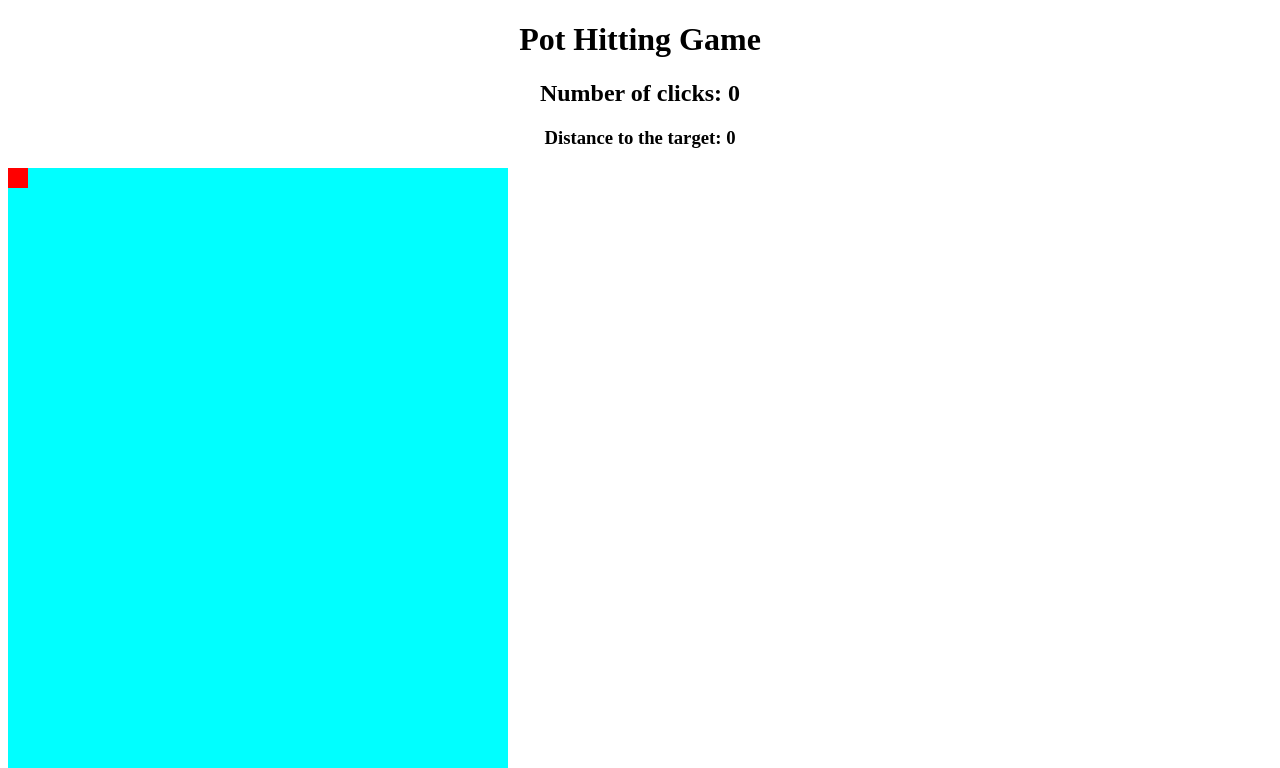
Repository: manojsatya/Web_development
Page: PotHitting_game/index.html
An editor plug-in stored every save of this project. The page is shown before and after the next save, followed by the edit.
The browser window is 1280 px wide. The pictures show the whole page.

Above is the page before, as saved 2019-06-03 15:08:09.

After the next save:
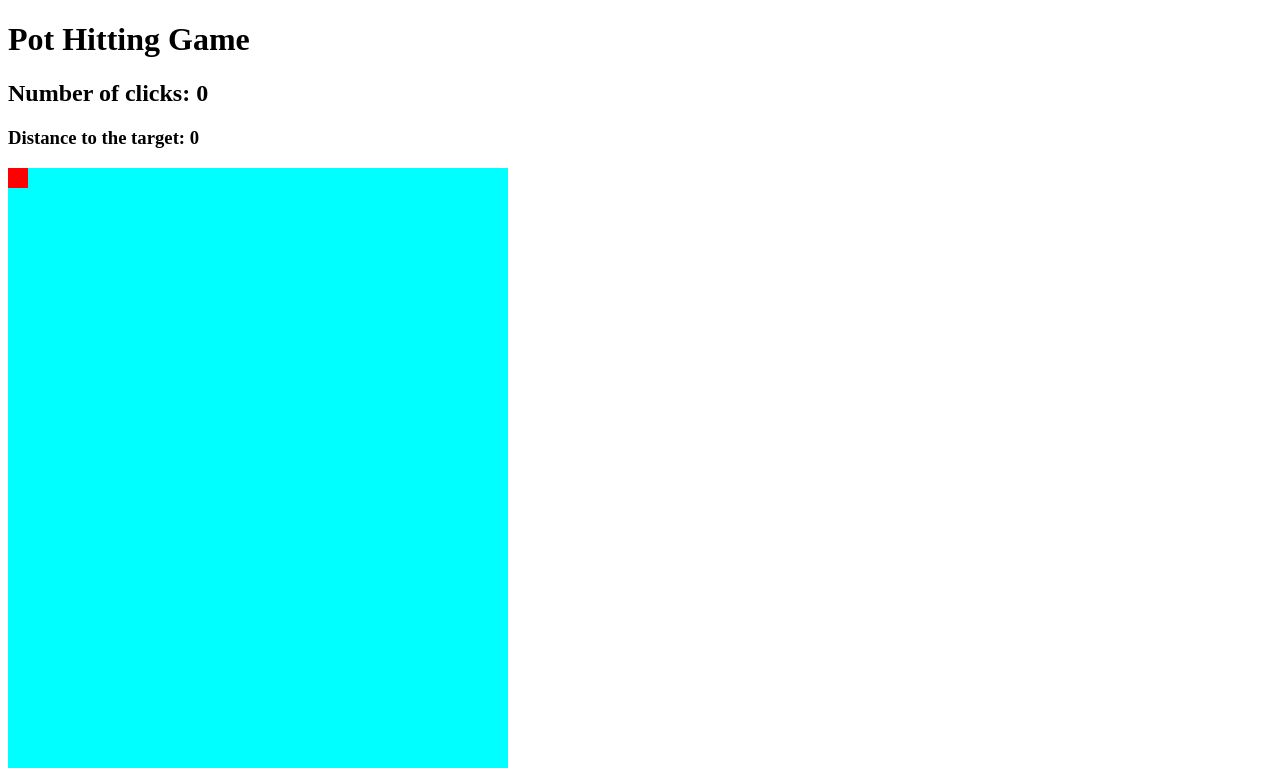
Saved 47 s later.
--- a/PotHitting_game/index.html
+++ b/PotHitting_game/index.html
@@ -9,15 +9,15 @@
     <link rel="stylesheet" href="potplay.css">
 </head>
 <body>
-        <div class="info">
+        <div class="wrapper">
                 <h1 class="head">Pot Hitting Game</h1>
                 <h2> Number of clicks: <span id="clicks">0</span></h2>
                 <h3>Distance to the target: <span id="dist">0</span></h3>
-
+                <div class="playarea">  </div>
+                <div class="target"></div>
         </div>
 
-    <div class="playarea">  </div>
-    <div class="target"></div>
+
 
 
 

After the save that followed:
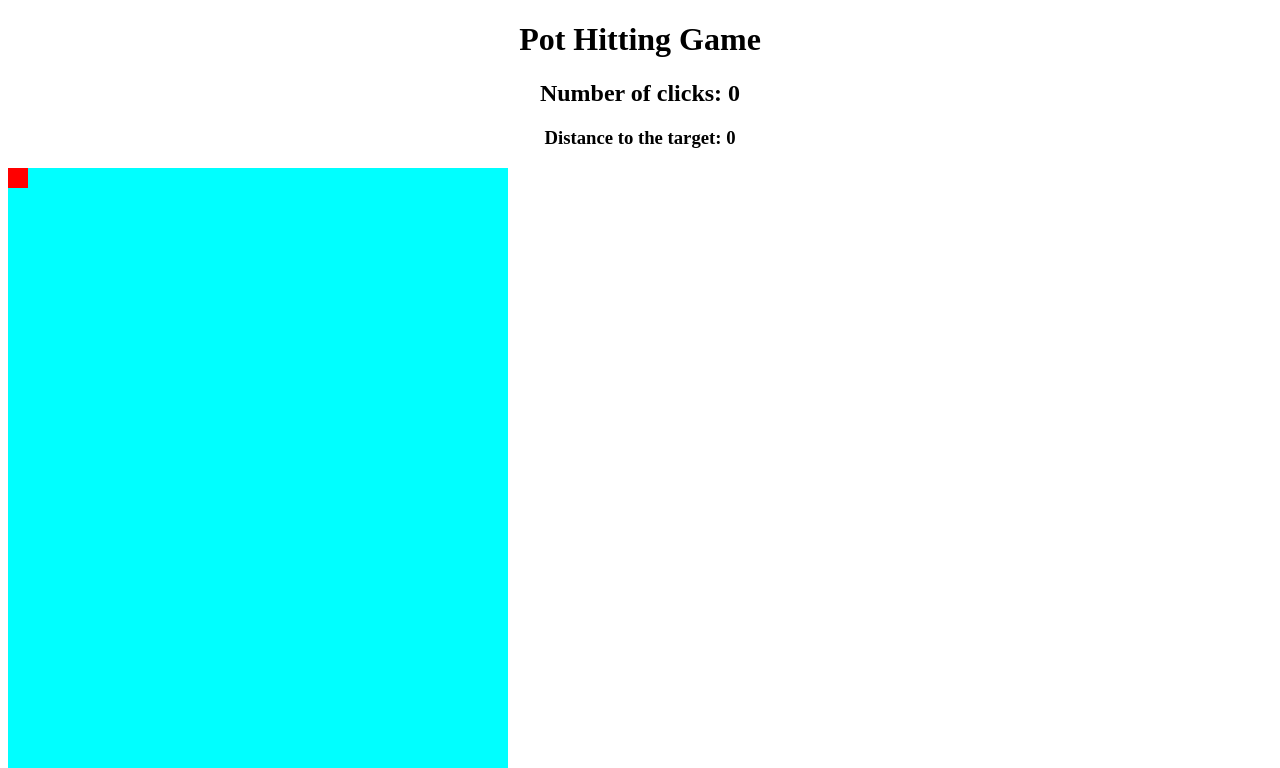
Saved 12 s later.
--- a/PotHitting_game/potplay.css
+++ b/PotHitting_game/potplay.css
@@ -4,7 +4,7 @@
     width: 500px;
     height: 600px;
     background-color: aqua;
-    align-content: center;
+
 
 }
 
@@ -13,7 +13,7 @@
 }
 
 
-.info{
+.wrapper{
     display: inline;
     align-content: center;
     text-align: center;
